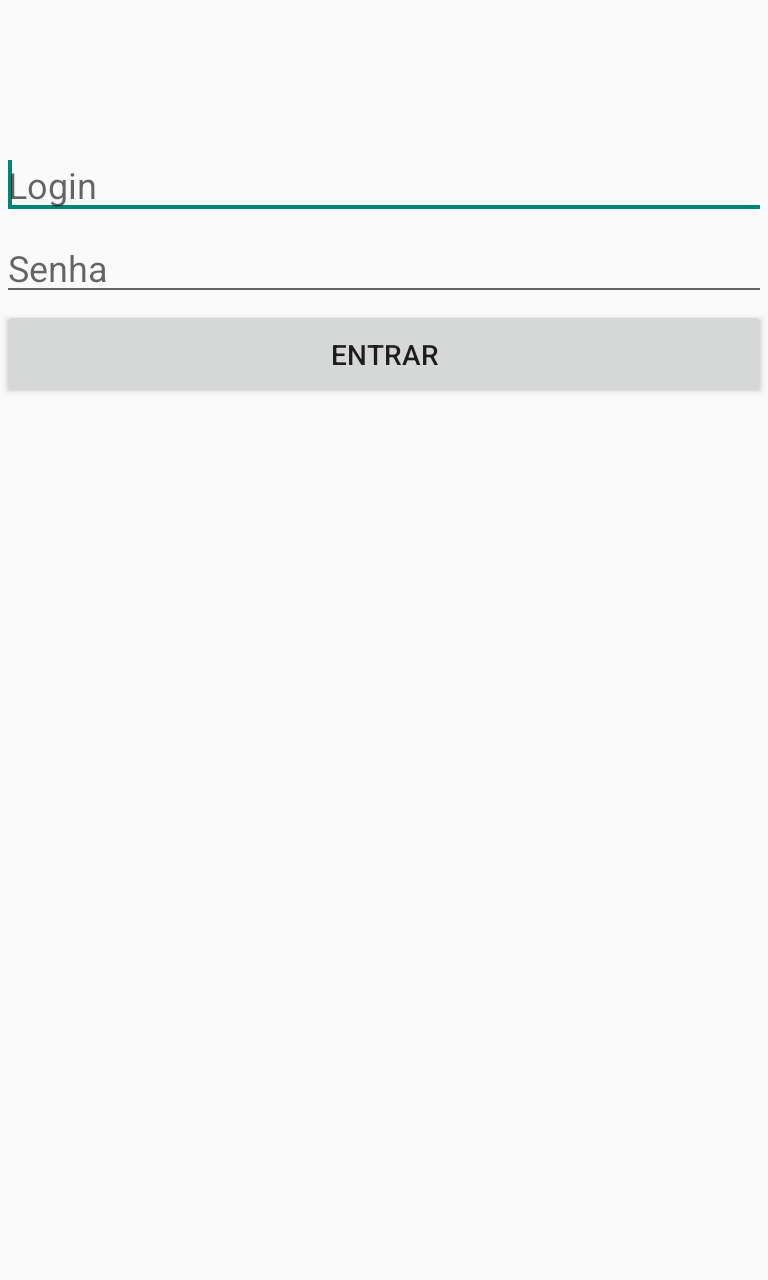
Repository: LucasSampaio/SysPizza-PSI
Layout: CodigoFonte/MOBILE/SysPizza/res/layout/activity_login.xml
An editor plug-in stored every save of this project. The layout is shown before and after the next save, followed by the edit.
It is drawn on a 768 x 1280 px phone screen (xhdpi) without system bars, with theme AppTheme; the app's code is not run.

Above is the layout before, as saved 2014-09-29 18:06:30.

After the next save:
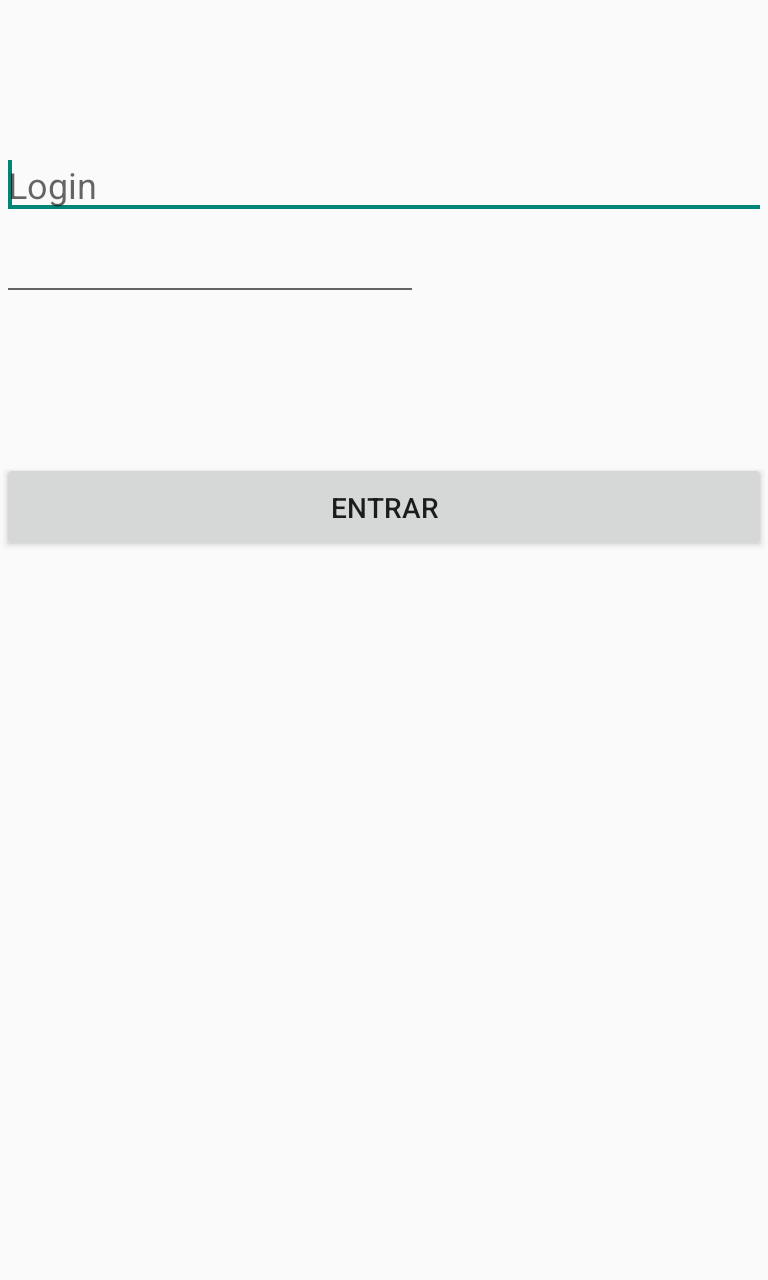
Saved 84 s later.
--- a/CodigoFonte/MOBILE/SysPizza/res/layout/activity_login.xml
+++ b/CodigoFonte/MOBILE/SysPizza/res/layout/activity_login.xml
@@ -17,21 +17,22 @@
         <requestFocus />
     </EditText>
 
-    <EditText
-        android:id="@+id/etSenha"
-        android:layout_width="fill_parent"
-        android:layout_height="wrap_content"
-        android:layout_alignParentLeft="true"
-        android:layout_below="@+id/etLogin"
-        android:ems="10"
-        android:hint="Senha" />
-
     <Button
         android:id="@+id/btEntrar"
         android:layout_width="fill_parent"
         android:layout_height="wrap_content"
         android:layout_alignParentLeft="true"
-        android:layout_below="@+id/etSenha"
+        android:layout_below="@+id/etLogin"
+        android:layout_marginTop="118dp"
         android:text="Entrar" />
 
+    <EditText
+        android:id="@+id/etSenha"
+        android:layout_width="wrap_content"
+        android:layout_height="wrap_content"
+        android:layout_alignParentLeft="true"
+        android:layout_below="@+id/etLogin"
+        android:ems="10"
+        android:inputType="textPassword" />
+
 </RelativeLayout>
